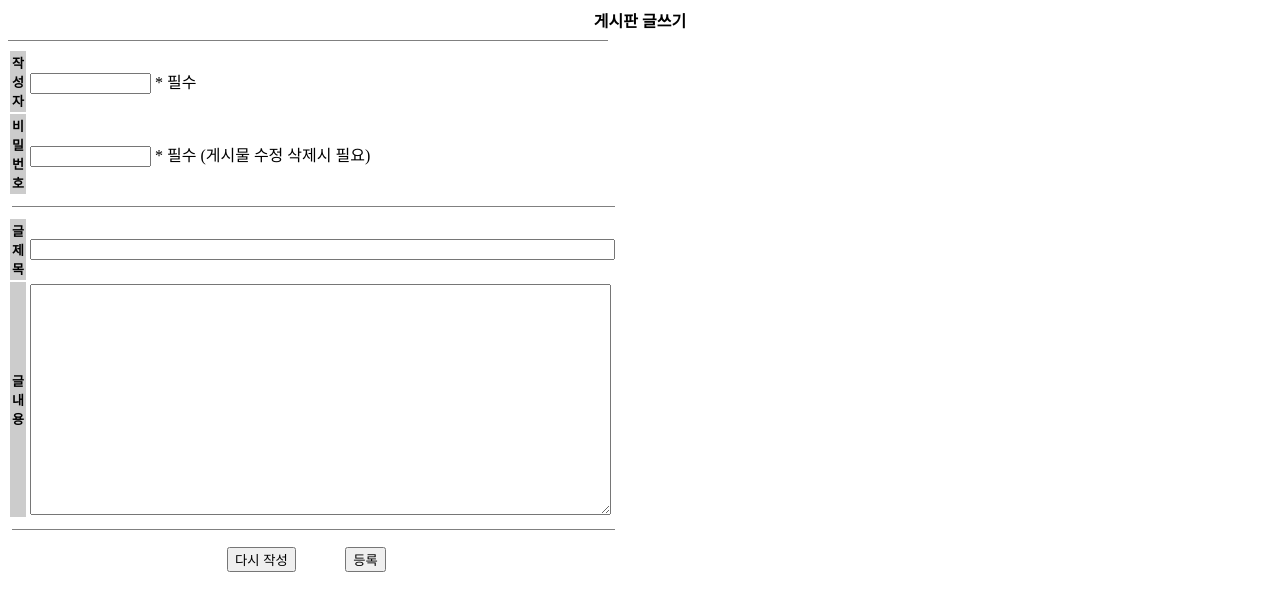
Repository: kalmia26/Capstone
Page: http://localhost/LectureSystem/write2.jsp
These files come from the project's save history. The page is drawn as it stood at one moment and after the next save; the edit follows.
The browser window is 1280 px wide. The pictures show the whole page.
The page is served by Tomcat 9.

Above is the page before, as saved 2017-05-08 23:13:24.

After the next save:
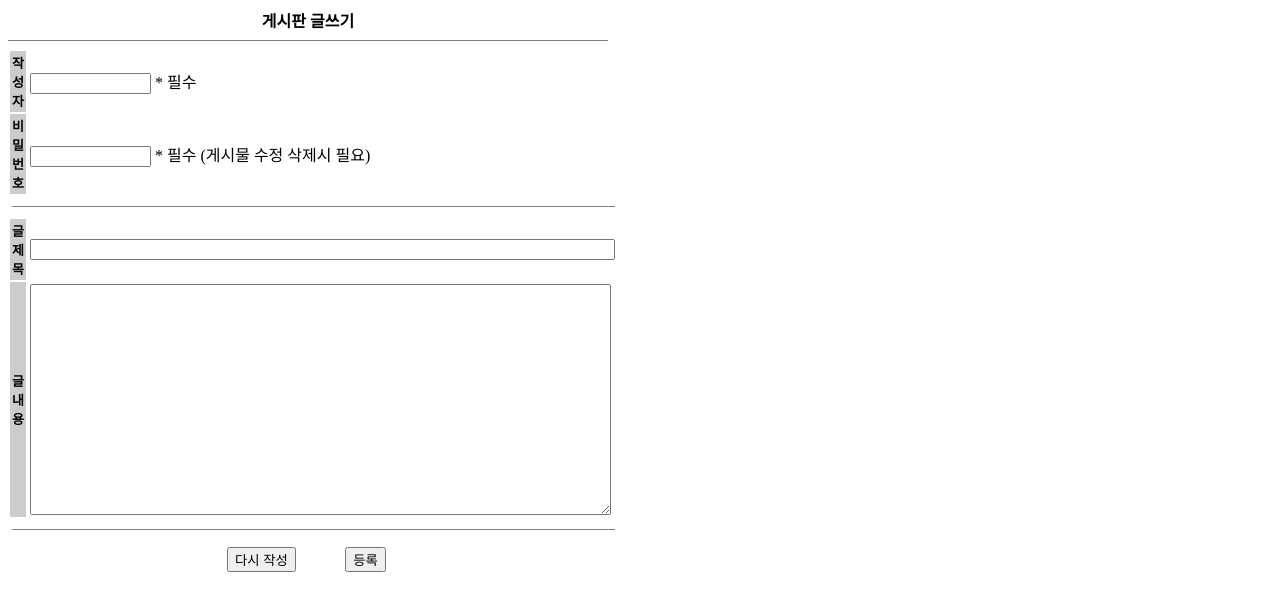
Saved 51 s later.
--- a/LectureSystem/WebContent/write2.jsp
+++ b/LectureSystem/WebContent/write2.jsp
@@ -36,8 +36,11 @@ Write.submit();
 </head>
 
 <body>
-<center> <font size='3'> <b> 게시판 글쓰기 </b></font></center>
+
 <table border='0' width='600' cellpadding='0' cellspacing='0'>
+	<tr>
+		<td><center> <font size='3'> <b> 게시판 글쓰기 </b></font></center></td>
+	</tr>
 	<tr>
 		<td><hr size='1' noshade></td>
 	</tr>
